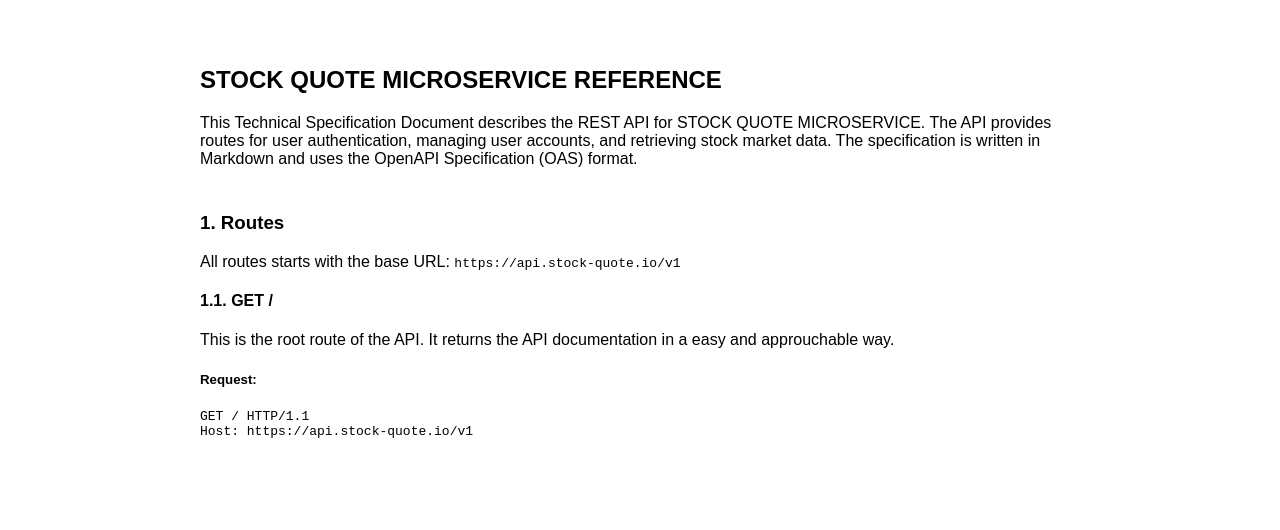
Repository: miguelamello/nest-js
Page: stock-service/reference.html
The author's editor kept a copy of each file at every save. The page is drawn from the files as they stood at one save, then again after a run of saves.
The browser window is 1280 px wide. The pictures show the whole page.

Above is the page before, as saved 2023-04-03 13:29:24.

After the next 4 saves:
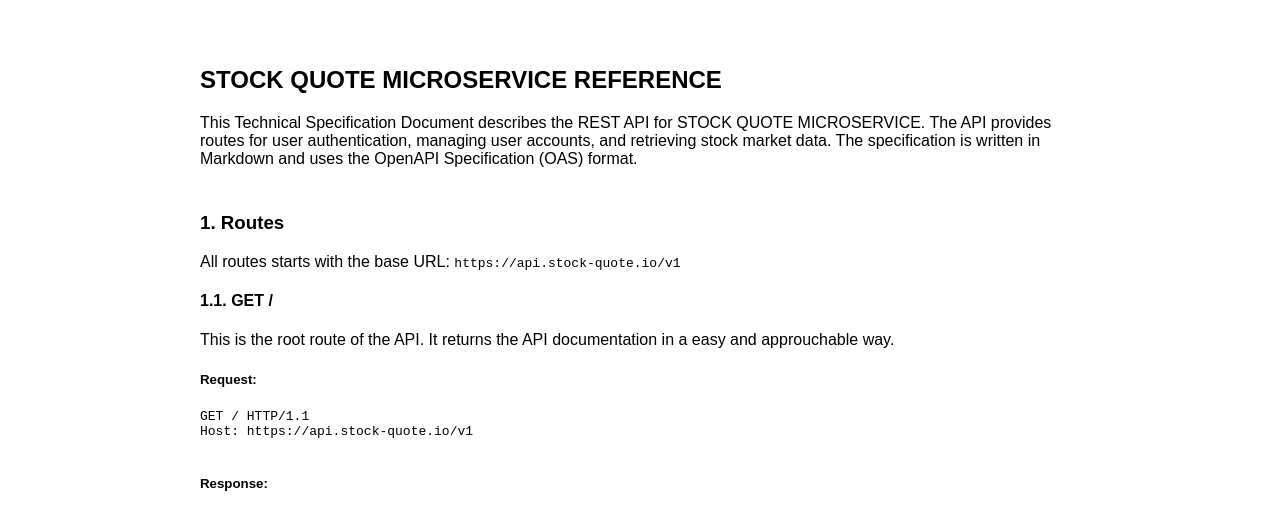
The 4 saves are shown as one change because they came seconds apart.
The last was saved 17 s later.
--- a/stock-service/reference.html
+++ b/stock-service/reference.html
@@ -44,6 +44,10 @@ GET / HTTP/1.1
 Host: https://api.stock-quote.io/v1
   </pre>
 
+  <h5>Response:</h5>
+
+  <pre>
+
   <p>
 
   </p>
